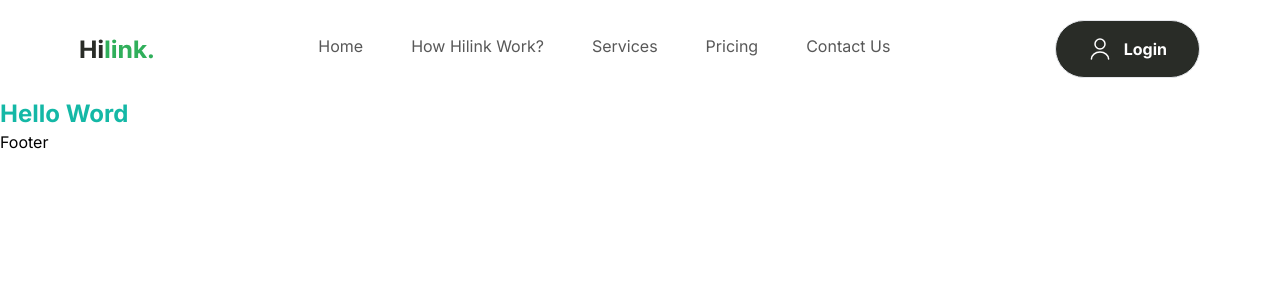
Repository: MikeeBuilds/camp
Page: /
These files come from the project's save history. The page is drawn as it stood at one moment and after a run of saves; the edit follows.
The browser window is 1280 px wide. The pictures show the whole page.
The project was rebuilt for these pictures with package versions that can differ from the ones it lists, and the page was loaded fresh each time. The framework's server and built-in components were replaced by stand-ins that run in the browser. Also part of the build but not shown: next.config.js.

Above is the page before, as saved 2023-11-24 20:23:58.

After the next 3 saves:
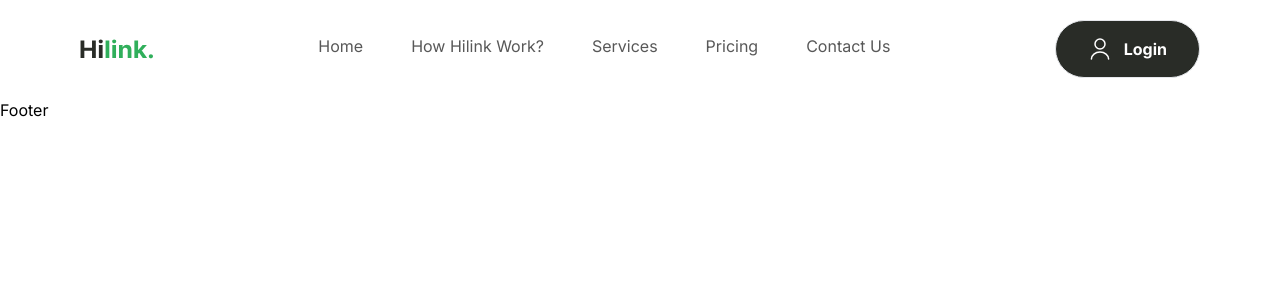
The 3 saves are shown as one change because they came seconds apart.
The last was saved 62 s later.
--- a/app/page.tsx
+++ b/app/page.tsx
@@ -1,8 +1,8 @@
 
 export default function Home() {
   return (
-    <h1 className="font-bold text-teal-500 text-2xl">
-      Hello Word
-    </h1>
+    <>
+
+    </>
   )
 }
